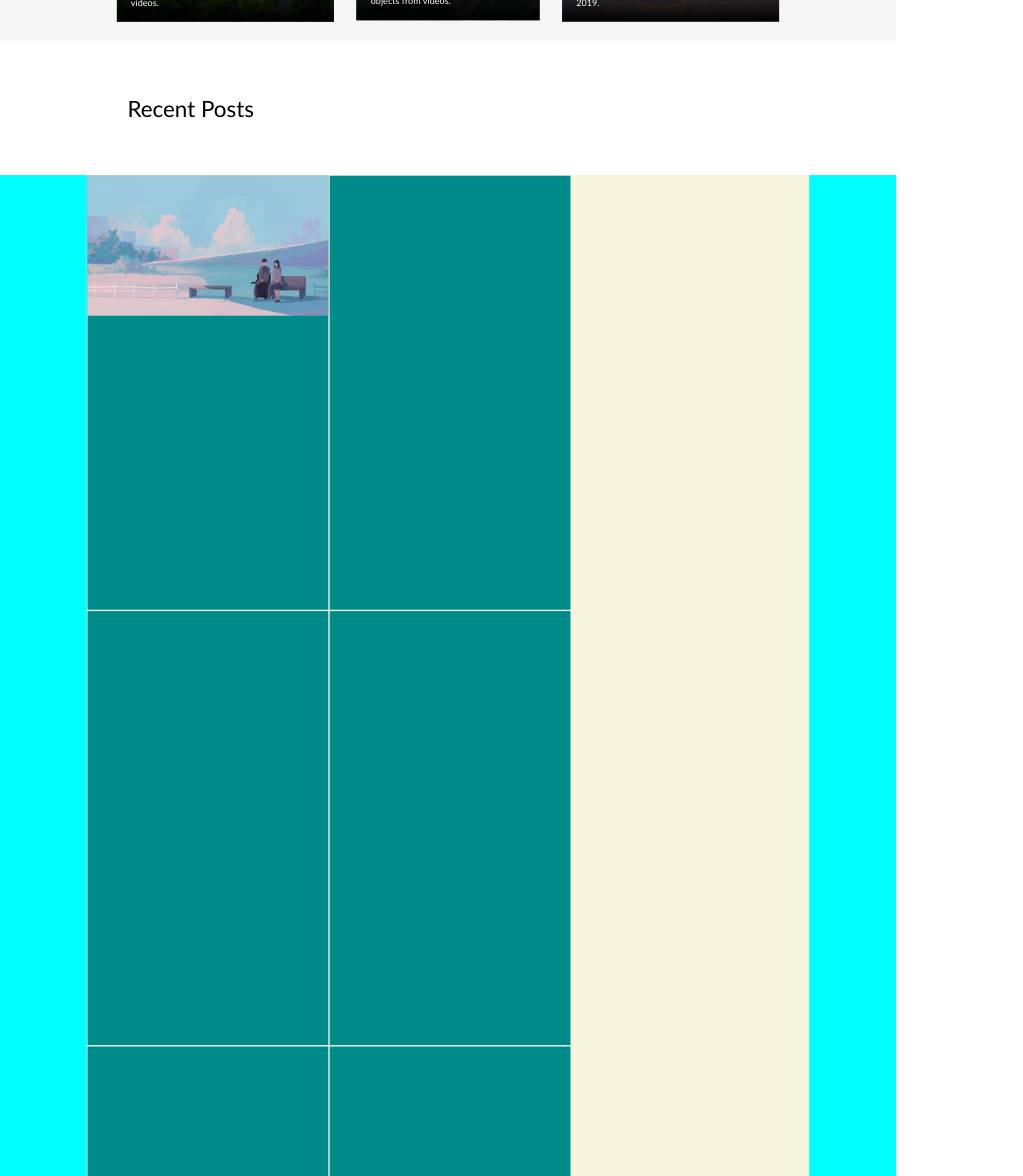
Repository: giacatdat2k5/html3
Page: html3.vs/7.1.html
An editor plug-in stored every save of this project. The page is shown before and after the next save, followed by the edit.
The browser window is 1280 px wide. The page is 1462 px wide, so the pictures cover 1462 px, including what lies to the right of the window. The pictures show the part of the page from y = 420 to 2100 px (the page is 3779 px tall before and 2670 px after), at 70% of full size.

Above is the page before, as saved 2023-09-27 15:07:12.

### html3.vs/7.1.html
<!DOCTYPE html>
<html lang="en">
<head>
    <meta charset="UTF-8">
    <meta name="viewport" content="width=device-width, initial-scale=1.0">
    <title>7.2</title>
    <link rel="stylesheet" type="text/css" href="7.1.css">
    <link rel="stylesheet" href="https://cdnjs.cloudflare.com/ajax/libs/font-awesome/6.4.2/css/all.min.css"/>
</head>
<body>
    <div id="header">
        <div class="logo">Zent's Blog </div>
        <div class="menu">
            <div class="items">Home</div>
            <div class="items">Politcis</div>
            <div class="items">Tech</div>
            <div class="items">Entertaiment</div>
            <div class="items">Travels</div>
            <div class="items">Sports</div>
            <div class="search"><i class="fa-solid fa-magnifying-glass"></i></div>
        </div>
    </div>
    <div id="content">
        <div class="left">
            <div class="imageleft">
                <div class="iamge1">
                    <div class="edit">The Al magically removes moving objects from videos.</div>
                </div>
                <div class="iamge2">
                    <div class="edit">The Al magically removes moving objects from videos.</div>
                </div>
            </div>
        </div>
        <div class="center">
            <div class="imagecenter">
                <div class="iamge3">
                    <div class="edit">The Al magically removes moving objects from videos.</div>
                </div>
            </div>
        </div>
        <div class="right">
            <div class="iamgeright">
                <div class="iamge4">
                    <div class="edit">
                        The 20 Biggest Fintech Companies In
                        America 2019.</div>
                </div>
                <div class="iamge5">
                    <div class="edit">
                        The 20 Biggest Fintech Companies In
                        America 2019.</div>
                </div>
            </div>
        </div>
    </div>
    <div id="header2">Recent Posts
    </div>
    <div id="content2">
        <div class="centercontent2">
            <div class="ccitems">
                <div class="picture"></div>
            </div>
            <div class="ccitems"></div>
            <div class="ccitems"></div>
            <div class="ccitems"></div>
            <div class="ccitems"></div>
            <div class="ccitems"></div>
            <div class="ccitems"></div>
            <div class="ccitems"></div>
            <div class="ccitems"></div>
        </div>
    </div>
</body>
</html>

### html3.vs/7.1.css
@media all and (min-width: 992px){
*{
    margin:0;
    padding: 0;
    font-family:'Trebuchet MS', 'Lucida Sans Unicode', 'Lucida Grande', 'Lucida Sans', Arial, sans-serif;
}
#header{
    width: 100%;
    height: 3em;
    display: flex;
    justify-content: space-between;
}
.logo{
    font-size: 20px;
    width: 120px;
    text-align: center;
    padding: 10px;
    font-weight: bold;
    font-family:'Trebuchet MS', 'Lucida Sans Unicode', 'Lucida Grande', 'Lucida Sans', Arial, sans-serif;

}
.menu{
    width: 510px;
    display: flex;
}
.items{
    width: 90px;
    padding: 10px;
    font-weight: bold;
    font-family:'Trebuchet MS', 'Lucida Sans Unicode', 'Lucida Grande', 'Lucida Sans', Arial, sans-serif;
}
.search{
    width: 30px;
    padding: 10px;
}
#content{
    width: 100%;
    height: 430px;
    background-color:whitesmoke;
    display: flex;
}
.left{
    width: 38%;
    height: 100%;

    display: flex;
    justify-content: right;
    align-items: center;
}
.center{
    width: 26%;
    height: 100%;
    display: flex;
    align-items:center;
    justify-content: center;
}
.right{
    width: 38%;
    height: 100%;

    display: flex;
    justify-content: left;
    align-items: center;
}
.imageleft{
    width: 65%;
    height: 100%;
    display: flex;
    flex-wrap: wrap;
    align-items: center;
}
.iamge1{
    background-image: url('image5.jpeg');
    background-size: cover;
    width: 100%;
    height: 160px;
    display:flex;
    align-items: end;
}
.iamge2{
    background-image: url('image3.jpeg');
    background-size: cover;
    width: 100%;
    height: 160px;
    display:flex;
    align-items: end;
}
.edit{
    width: 100%;
    height: 80%;
    background: linear-gradient(to bottom, transparent, rgba(0, 0, 0, 1));
    color:white;
    display:flex;
    align-items: end;
    padding-left: 20px;
    padding-bottom: 20px;
    padding-right: 20px;
    font-family:'Trebuchet MS', 'Lucida Sans Unicode', 'Lucida Grande', 'Lucida Sans', Arial, sans-serif;
    font-size: small;
    text-shadow: 0 0 10px rgba(0, 0, 0, 0.5);
}
.imagecenter{
    width: 80%;
    height:372px;
    align-items:center;
    justify-content: center;
}
.iamge3{
    background-image: url('anh dọc.jpeg');
    background-size: cover;
    width: 100%;
    height: 100%;
    display:flex;
    align-items: end;
}
.iamgeright{
    width: 65%;
    height: 100%;
    display: flex;
    flex-wrap: wrap;
    align-items: center;
}
.iamge4{
    background-image: url('anh ngang 1.jpeg');
    background-size: cover;
    width: 100%;
    height: 160px;
    display:flex;
    align-items: end;
}
.iamge5{
    background-image: url('ảnh ngnag 2.jpeg');
    background-size: cover;
    width: 100%;
    height: 160px;
    display:flex;
    align-items: end;
}
#header2{
    width: 100%;
    height: 6em;
    font-size:xx-large;
    display: flex;
    align-items: center;
    padding-left: 182px;
}
#content2{
    width: 100%;
    background-color: aqua;
    height: 2000px;
    display: flex;
    justify-content: center
}
.centercontent2{
    width:1032px;
    height: 93%;
    background-color: beige;
    display: flex;
    flex-wrap: wrap;
}
.ccitems{
    width: 33.33333%;
    height: 33.333333%;
    background-color: darkcyan;
    margin:1px
}
.picture{
    width: 100%px;
    height: 200px;
    background-image: url('anh ngang 1.jpeg');
    background-size: cover;
}
.tag{
    width: 100%;
    height: 30px;
    background-color: brown
    ;
}
}

After the next save:
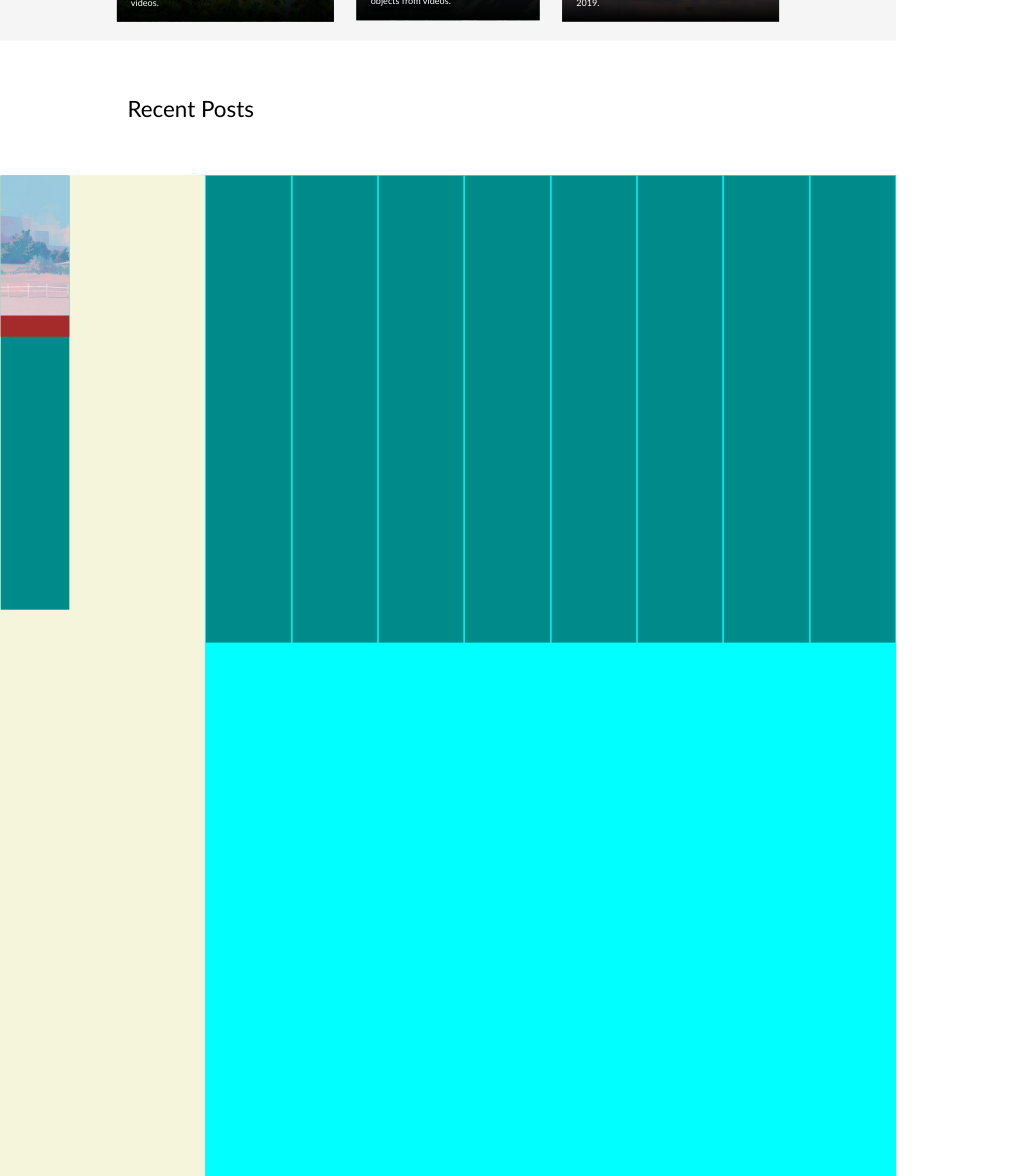
Saved 4 s later.
--- a/html3.vs/7.1.html
+++ b/html3.vs/7.1.html
@@ -59,6 +59,7 @@
         <div class="centercontent2">
             <div class="ccitems">
                 <div class="picture"></div>
+                <div class="tag"></div></div>
             </div>
             <div class="ccitems"></div>
             <div class="ccitems"></div>

After the 2 saves that followed:
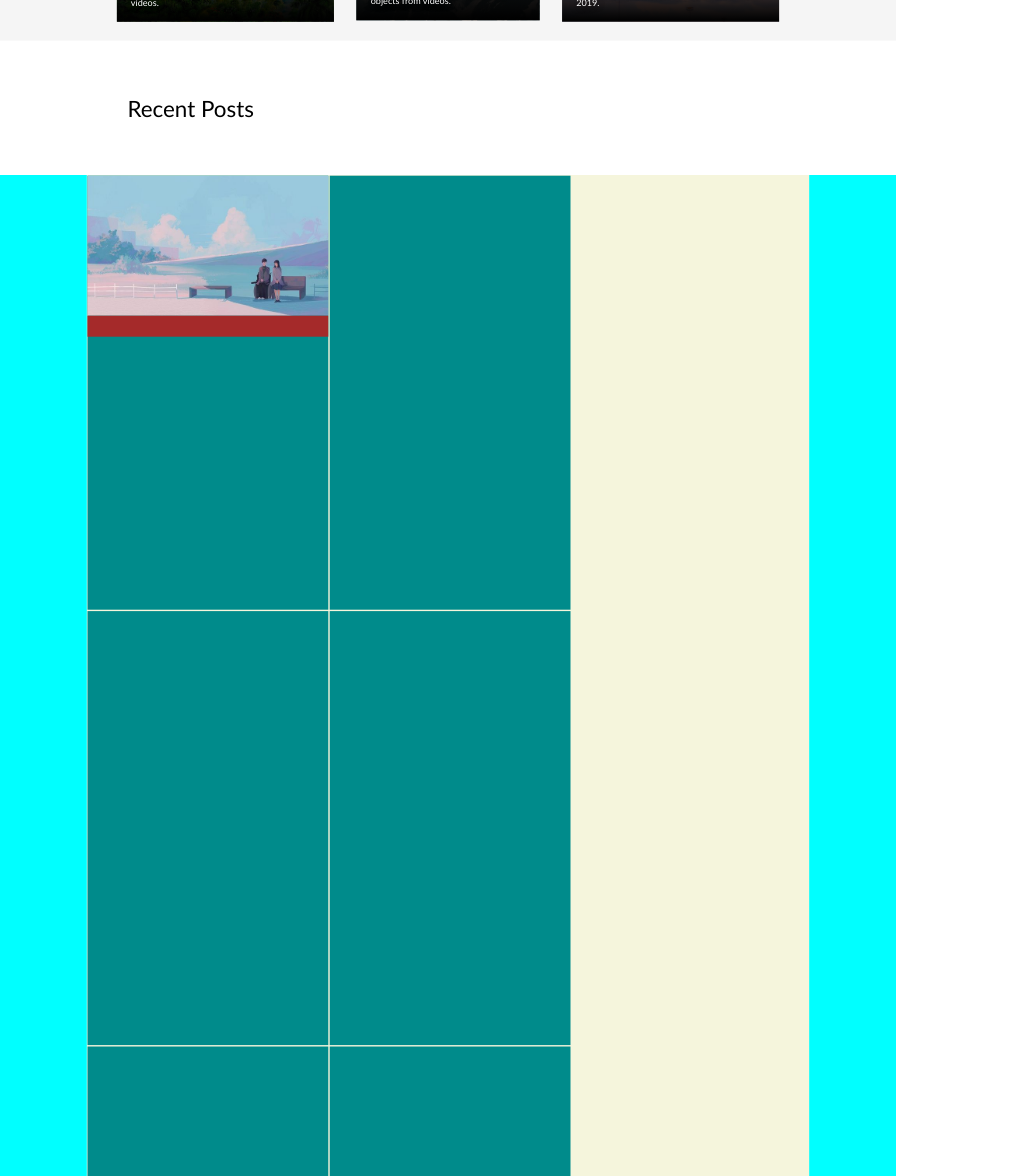
The 2 saves are shown as one change because 1 left the picture as it was.
The last was saved 19 s later.
--- a/html3.vs/7.1.html
+++ b/html3.vs/7.1.html
@@ -59,7 +59,7 @@
         <div class="centercontent2">
             <div class="ccitems">
                 <div class="picture"></div>
-                <div class="tag"></div></div>
+                <div class="tag"></div>
             </div>
             <div class="ccitems"></div>
             <div class="ccitems"></div>
--- a/html3.vs/7.1.css
+++ b/html3.vs/7.1.css
@@ -173,7 +173,6 @@
 .tag{
     width: 100%;
     height: 30px;
-    background-color: brown
-    ;
+    background-color: brown;
 }
 }
